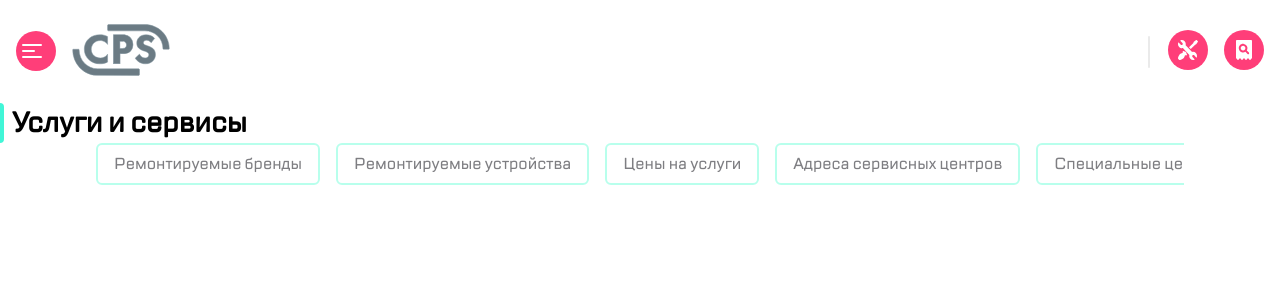
Repository: sem1103/bem
Page: index.html
The author's editor kept a copy of each file at every save. The page is drawn from the files as they stood at one save, then again after the next save.
The browser window is 1280 px wide. The pictures show the whole page.

Above is the page before, as saved 2023-12-27 11:13:50.

### index.html
<!DOCTYPE html>
<html lang="en">
<head>
    <meta charset="UTF-8">
    <meta name="viewport" content="width=device-width, initial-scale=1.0">
    <title>CPS</title>
    <link rel="stylesheet" href="styles/reset.css">
    <link rel="stylesheet" href="styles/main.css">
</head>
<body>
    <div id="page" >
        <header>
            <nav>
                <div class="burger">
                    <button class="burger__btn ">
                        <span></span>
                        <span></span>
                        <span></span>
                    </button>
                </div>

                <div class="burger-menu">

                    <ul class="burger-menu__list">
                        <li><a href="">Главная</a></li>
                        <li><a href="">Услуги и сервисы</a></li>
                        <li><a href="">Контакты</a></li>
                        <li><a href="">
                            <svg xmlns="http://www.w3.org/2000/svg" width="40" height="40" viewBox="0 0 40 40" fill="none">
                                <rect width="40" height="40" rx="20" fill="#FF3E79"/>
                                <path fill-rule="evenodd" clip-rule="evenodd" d="M12.7602 23.25L15.3002 22.96C15.9102 22.89 16.5102 23.1 16.9402 23.53L18.7802 25.37C21.6102 23.93 23.9302 21.62 25.3702 18.78L23.5202 16.93C23.0902 16.5 22.8802 15.9 22.9502 15.29L23.2402 12.77C23.3602 11.76 24.2102 11 25.2302 11H26.9602C28.0902 11 29.0302 11.94 28.9602 13.07C28.4302 21.61 21.6002 28.43 13.0702 28.96C11.9402 29.03 11.0002 28.09 11.0002 26.96V25.23C10.9902 24.22 11.7502 23.37 12.7602 23.25Z" fill="white"/>
                              </svg>
                        </a></li>
                        <li><a href="">
                            <svg xmlns="http://www.w3.org/2000/svg" width="40" height="40" viewBox="0 0 40 40" fill="none">
                                <rect width="40" height="40" rx="20" fill="#FF3E79"/>
                                <path fill-rule="evenodd" clip-rule="evenodd" d="M28 11H12C10.9 11 10.01 11.9 10.01 13L10 31L14 26H28C29.1 26 30 25.1 30 24V13C30 11.9 29.1 11 28 11ZM21 22H15C14.45 22 14 21.55 14 21C14 20.45 14.45 20 15 20H21C21.55 20 22 20.45 22 21C22 21.55 21.55 22 21 22ZM25 17H15C14.45 17 14 16.55 14 16C14 15.45 14.45 15 15 15H25C25.55 15 26 15.45 26 16C26 16.55 25.55 17 25 17Z" fill="white"/>
                                <mask id="mask0_0_1880" style="mask-type:luminance" maskUnits="userSpaceOnUse" x="10" y="11" width="20" height="20">
                                  <path fill-rule="evenodd" clip-rule="evenodd" d="M28 11H12C10.9 11 10.01 11.9 10.01 13L10 31L14 26H28C29.1 26 30 25.1 30 24V13C30 11.9 29.1 11 28 11ZM21 22H15C14.45 22 14 21.55 14 21C14 20.45 14.45 20 15 20H21C21.55 20 22 20.45 22 21C22 21.55 21.55 22 21 22ZM25 17H15C14.45 17 14 16.55 14 16C14 15.45 14.45 15 15 15H25C25.55 15 26 15.45 26 16C26 16.55 25.55 17 25 17Z" fill="white"/>
                                </mask>
                                <g mask="url(#mask0_0_1880)">
                                </g>
                              </svg>
                        </a></li>
                        <li><a href="">
                            <svg xmlns="http://www.w3.org/2000/svg" width="40" height="40" viewBox="0 0 40 40" fill="none">
                                <rect width="40" height="40" rx="20" fill="#FF3E79"/>
                                <path d="M20.5 19C22.9853 19 25 16.9853 25 14.5C25 12.0147 22.9853 10 20.5 10C18.0147 10 16 12.0147 16 14.5C16 16.9853 18.0147 19 20.5 19Z" fill="white"/>
                                <path d="M10.0166 26.6118C9.88693 27.3412 10.5352 28 11.339 28H28.6604C29.4902 28 30.1125 27.3412 29.9829 26.6118C29.2309 22.4 25.0561 20 19.9997 20C14.9433 20 10.7686 22.4 10.0166 26.6118Z" fill="white"/>
                              </svg>
                        </a></li>
                    </ul>
                </div>

                <div class="logo">
                    <svg class="logo__item" xmlns="http://www.w3.org/2000/svg" width="98" height="52" viewBox="0 0 98 52" fill="none">
                        <path fill-rule="evenodd" clip-rule="evenodd" d="M36.5703 0.592529C36.018 0.592529 35.5703 1.04024 35.5703 1.59253V5.86748C35.5703 6.41977 36.018 6.86748 36.5703 6.86748H72.8973C83.0242 6.86748 90.9777 14.6641 90.9777 24.757C90.9777 25.0425 91.2092 25.274 91.4948 25.274H96.757C97.0425 25.274 97.274 25.0425 97.274 24.757C97.274 11.2677 86.432 0.592529 72.8973 0.592529H36.5703Z" fill="#6B7B84" stroke="#80949F" stroke-width="0.5"/>
                        <path fill-rule="evenodd" clip-rule="evenodd" d="M7.10682 25.7122C7.10682 25.4702 6.91059 25.2739 6.66853 25.2739H1.16436C0.922303 25.2739 0.726074 25.4702 0.726074 25.7122C0.726074 39.3616 10.9493 50.6311 24.1687 51.3686L66.5104 51.4064C67.063 51.4069 67.5113 50.959 67.5113 50.4064V45.8267C67.5113 45.2745 67.0635 44.8267 66.5113 44.8267H25.6265C15.3903 44.7984 7.10682 36.283 7.10682 25.7122Z" fill="#6B7B84" stroke="#80949F" stroke-width="0.5"/>
                        <path fill-rule="evenodd" clip-rule="evenodd" d="M28.1415 39.7924C30.8803 39.7924 33.1616 39.2603 35.4149 38.1655L35.5704 38.0199V30.1855L34.7273 31.2649C33.1049 33.0378 30.9259 34.0137 28.4608 34.0137C23.8692 34.0137 19.2575 31.0459 19.2575 25.3738C19.2575 21.0874 22.4381 16.532 28.2993 16.532C29.4688 16.532 32.313 16.8085 34.7232 19.368L35.5704 20.4117V12.6127L35.4218 12.4653C33.1258 11.3147 30.7843 10.7554 28.1137 10.7554C23.5467 10.7554 19.9821 11.9577 17.1438 14.4289C15.3435 15.9777 12.3408 19.4485 12.3408 25.2923C12.3408 29.6131 13.8793 32.9875 17.1669 35.9144C20.2252 38.5962 23.6163 39.7924 28.1415 39.7924Z" fill="#6B7B84"/>
                        <path d="M28.1415 39.7924C30.8803 39.7924 33.1616 39.2603 35.4149 38.1655L35.5704 38.0199V30.1855L34.7273 31.2649C33.1049 33.0378 30.9259 34.0137 28.4608 34.0137C23.8692 34.0137 19.2575 31.0459 19.2575 25.3738C19.2575 21.0874 22.4381 16.532 28.2993 16.532C29.4688 16.532 32.313 16.8085 34.7232 19.368L35.5704 20.4117V12.6127L35.4218 12.4653C33.1258 11.3147 30.7843 10.7554 28.1137 10.7554C23.5467 10.7554 19.9821 11.9577 17.1438 14.4289C15.3435 15.9777 12.3408 19.4485 12.3408 25.2923C12.3408 29.6131 13.8793 32.9875 17.1669 35.9144C20.2252 38.5962 23.6163 39.7924 28.1415 39.7924" stroke="#80949F" stroke-width="0.5"/>
                        <path fill-rule="evenodd" clip-rule="evenodd" d="M47.9111 17.2888H49.2755C50.5269 17.2888 51.9533 17.3571 53.0328 18.093C53.56 18.4695 54.4445 19.3412 54.4445 20.9246C54.4445 22.0946 53.9274 23.1437 53.0734 23.7984C51.9783 24.5932 50.6768 24.5476 49.6309 24.5476H47.9111V17.2888ZM50.977 29.8179C54.2084 29.8179 56.7377 28.8858 58.4943 27.1298C60.655 24.9735 60.9779 22.0073 60.9779 20.4435C60.9779 18.7703 60.5813 15.5066 57.9212 13.1435C55.7407 11.2328 53.4142 10.7554 50.1324 10.7554H41.3779V39.7924H48.0365V29.8179H50.977Z" fill="#6B7B84"/>
                        <path d="M47.9111 17.2888V17.0388H47.6611V17.2888H47.9111ZM53.0328 18.093L53.1782 17.8895L53.1736 17.8864L53.0328 18.093ZM53.0734 23.7984L53.2203 24.0007L53.2254 23.9968L53.0734 23.7984ZM47.9111 24.5476H47.6611V24.7976H47.9111V24.5476ZM58.4943 27.1298L58.3177 26.9529L58.3175 26.953L58.4943 27.1298ZM57.9212 13.1435L58.0872 12.9566L58.086 12.9555L57.9212 13.1435ZM41.3779 10.7554V10.5054H41.1279V10.7554H41.3779ZM41.3779 39.7924H41.1279V40.0424H41.3779V39.7924ZM48.0365 39.7924V40.0424H48.2865V39.7924H48.0365ZM48.0365 29.8179V29.5679H47.7865V29.8179H48.0365ZM47.9111 17.5388H49.2755V17.0388H47.9111V17.5388ZM49.2755 17.5388C50.5326 17.5388 51.8839 17.6123 52.892 18.2995L53.1736 17.8864C52.0227 17.1019 50.5212 17.0388 49.2755 17.0388V17.5388ZM52.8875 18.2964C53.3751 18.6447 54.1945 19.4495 54.1945 20.9246H54.6945C54.6945 19.233 53.7448 18.2943 53.1782 17.8895L52.8875 18.2964ZM54.1945 20.9246C54.1945 22.0205 53.7107 22.9948 52.9213 23.5999L53.2254 23.9968C54.1441 23.2926 54.6945 22.1687 54.6945 20.9246H54.1945ZM52.9265 23.596C51.9091 24.3345 50.6971 24.2976 49.6309 24.2976V24.7976C50.6564 24.7976 52.0475 24.8519 53.2202 24.0007L52.9265 23.596ZM49.6309 24.2976H47.9111V24.7976H49.6309V24.2976ZM48.1611 24.5476V17.2888H47.6611V24.5476H48.1611ZM50.977 30.0679C54.2568 30.0679 56.8563 29.1207 58.671 27.3066L58.3175 26.953C56.6191 28.6509 54.1599 29.5679 50.977 29.5679V30.0679ZM58.6709 27.3068C60.9029 25.0793 61.2279 22.0287 61.2279 20.4435H60.7279C60.7279 21.9859 60.407 24.8678 58.3177 26.9529L58.6709 27.3068ZM61.2279 20.4435C61.2279 18.7422 60.8263 15.3898 58.0872 12.9566L57.7552 13.3304C60.3363 15.6233 60.7279 18.7983 60.7279 20.4435H61.2279ZM58.086 12.9555C55.84 10.9874 53.4417 10.5054 50.1324 10.5054V11.0054C53.3867 11.0054 55.6415 11.4782 57.7564 13.3315L58.086 12.9555ZM50.1324 10.5054H41.3779V11.0054H50.1324V10.5054ZM41.1279 10.7554V39.7924H41.6279V10.7554H41.1279ZM41.3779 40.0424H48.0365V39.5424H41.3779V40.0424ZM48.2865 39.7924V29.8179H47.7865V39.7924H48.2865ZM48.0365 30.0679H50.977V29.5679H48.0365V30.0679Z" fill="#80949F"/>
                        <path fill-rule="evenodd" clip-rule="evenodd" d="M80.953 24.4687C79.5053 23.1861 77.4846 22.4425 75.1911 21.6713C73.5569 21.1027 72.6565 20.7894 72.0562 20.2421C71.5824 19.8399 71.3712 19.4033 71.3712 18.8262C71.3712 17.5622 72.2301 16.2113 74.6414 16.2113C76.2801 16.2113 77.6521 16.912 78.7197 18.293L79.1435 18.8414L82.6597 14.3656L82.3392 14.0445C80.1886 11.8924 77.3548 10.7554 74.1439 10.7554C67.6657 10.7554 64.7658 14.9699 64.7658 19.1468C64.7658 21.3882 65.5651 23.196 67.1367 24.5175C68.5437 25.7234 70.2595 26.3991 71.9054 26.9507L72.0914 27.0123C73.553 27.4954 75.0646 27.9954 75.9674 28.8034C76.5955 29.3805 76.8754 30.0076 76.8754 30.8367C76.8754 32.7368 75.379 34.0137 73.152 34.0137C71.3916 34.0137 69.0735 33.1508 67.8471 30.7296L67.5263 30.0953L63.1558 34.1411L63.4135 34.5056C64.8079 36.4801 67.9545 39.7924 73.3594 39.7924C79.3191 39.7924 83.4817 35.9608 83.4817 30.4751C83.4817 27.3374 82.1051 25.4752 80.953 24.4687Z" fill="#6B7B84"/>
                        <path d="M80.953 24.4687C79.5053 23.1861 77.4846 22.4425 75.1911 21.6713C73.5569 21.1027 72.6565 20.7894 72.0562 20.2421C71.5824 19.8399 71.3712 19.4033 71.3712 18.8262C71.3712 17.5622 72.2301 16.2113 74.6414 16.2113C76.2801 16.2113 77.6521 16.912 78.7197 18.293L79.1435 18.8414L82.6597 14.3656L82.3392 14.0445C80.1886 11.8924 77.3548 10.7554 74.1439 10.7554C67.6657 10.7554 64.7658 14.9699 64.7658 19.1468C64.7658 21.3882 65.5651 23.196 67.1367 24.5175C68.5437 25.7234 70.2595 26.3991 71.9054 26.9507L72.0914 27.0123C73.553 27.4954 75.0646 27.9954 75.9674 28.8034C76.5955 29.3805 76.8754 30.0076 76.8754 30.8367C76.8754 32.7368 75.379 34.0137 73.152 34.0137C71.3916 34.0137 69.0735 33.1508 67.8471 30.7296L67.5263 30.0953L63.1558 34.1411L63.4135 34.5056C64.8079 36.4801 67.9545 39.7924 73.3594 39.7924C79.3191 39.7924 83.4817 35.9608 83.4817 30.4751C83.4817 27.3374 82.1051 25.4752 80.953 24.4687" stroke="#80949F" stroke-width="0.5"/>
                      </svg>
                </div>

                <div class="right-nav">
                    <ul class="right-nav__list">
                        <li><a href="">
                            <svg xmlns="http://www.w3.org/2000/svg" width="40" height="40" viewBox="0 0 40 40" fill="none">
                                <rect width="40" height="40" rx="20" fill="#FF3E79"/>
                                <path d="M18.2581 23.4583L18.6668 23.0494L16.95 21.3322L16.5412 21.7411L16.3368 21.5367C16.0098 21.1687 15.6828 20.9643 15.3558 21.0052C15.1105 21.0052 14.9061 21.1687 14.7426 21.414C14.4973 21.8229 14.62 22.2726 14.6608 22.5588C14.6608 22.6406 14.7017 22.6815 14.7017 22.7632C14.7017 22.8859 14.7017 23.0494 14.4156 23.0903C14.0068 23.213 13.4754 23.3356 12.944 23.6218C12.2082 24.0307 11.7176 24.3987 11.4315 24.7666C9.91902 26.7291 10.0008 28.4055 10.0008 28.4872C10.0008 28.6099 10.0417 28.6917 10.1234 28.7325L11.2271 29.8773C11.3089 29.9591 11.3906 30 11.4724 30C11.4724 30 11.5133 30 11.595 30C12.0038 30 13.4754 29.9182 15.1922 28.569C15.5601 28.2828 15.928 27.7922 16.3368 27.0562C16.623 26.5656 16.7865 26.0341 16.8682 25.5844C16.95 25.2982 17.0726 25.2982 17.1953 25.2982C17.2361 25.2982 17.3179 25.339 17.3996 25.339C17.5631 25.3799 17.7267 25.4208 17.931 25.4208C18.1354 25.4208 18.3398 25.3799 18.5442 25.2573C18.7895 25.0937 18.953 24.8893 18.9939 24.644C19.0347 24.3169 18.8712 23.9898 18.5033 23.7036L18.2581 23.4583Z" fill="white"/>
                                <path d="M26.884 14.8784L28.0188 14.326C28.0609 14.2835 28.1449 14.241 28.1869 14.1986L29.9101 11.8616C30.0362 11.6916 30.0362 11.4367 29.8681 11.3092L28.6913 10.1195C28.5652 9.99199 28.313 9.9495 28.1449 10.077L25.8333 11.8191C25.7913 11.8616 25.7493 11.9041 25.7072 11.989L25.1609 13.1363L21 17.2154L22.7652 19L26.884 14.8784Z" fill="white"/>
                                <path d="M27.8527 23.0448C26.8636 22.0036 25.4393 21.6288 24.0941 22.0036L17.6453 15.1733C17.7244 14.7985 17.764 14.4653 17.764 14.0905C17.764 13.0493 17.3683 12.0081 16.6166 11.2167C15.588 10.0923 14.045 9.71742 12.6207 10.2172C12.5416 10.2588 12.4229 10.3838 12.3833 10.5504C12.3833 10.6753 12.4229 10.8003 12.502 10.9252L14.4406 12.966C14.8758 13.4241 14.8758 14.2154 14.4406 14.6735C14.0054 15.1317 13.2537 15.1317 12.8185 14.6735L10.8799 12.6328C10.7612 12.5495 10.6425 12.5078 10.4843 12.5495C10.3656 12.5495 10.2469 12.6744 10.2073 12.7994C9.73256 14.2571 10.0886 15.8813 11.1173 16.9642C11.8294 17.7555 12.8581 18.172 13.8867 18.172C14.2032 18.172 14.5593 18.1303 14.8758 18.047L21.3642 24.8773C21.0082 26.2933 21.4038 27.7927 22.3533 28.8339C23.105 29.6252 24.0546 30 25.0832 30C25.5184 30 25.914 29.9167 26.3492 29.7918C26.4679 29.7501 26.5866 29.6252 26.6262 29.5002C26.6658 29.3753 26.6262 29.2087 26.5075 29.1254L24.5689 27.0846C24.3711 26.8764 24.2128 26.5432 24.2128 26.21C24.2128 25.8768 24.3315 25.5853 24.5689 25.3354C24.8063 25.0855 25.0832 24.9606 25.3997 24.9606C25.7162 24.9606 25.9932 25.0855 26.2306 25.3354L28.1692 27.3762C28.2879 27.4595 28.4065 27.5011 28.5252 27.5011C28.6439 27.4595 28.7626 27.3762 28.8022 27.2512C28.9209 26.8348 29 26.3766 29 25.9185C29 24.8356 28.6044 23.7944 27.8527 23.0448Z" fill="white"/>
                              </svg>
                        </a></li>

                        <li><a href="">
                            <svg xmlns="http://www.w3.org/2000/svg" width="40" height="40" viewBox="0 0 40 40" fill="none">
                                <rect width="40" height="40" rx="20" fill="#FF3E79"/>
                                <path fill-rule="evenodd" clip-rule="evenodd" d="M12 11C12 10.4477 12.4477 10 13 10H27C27.5523 10 28 10.4477 28 11V28.5C27.1716 28.5 26.5 29.1715 26.5 29.9999H25.5C25.5 29.1715 24.8284 28.5 24 28.5C23.1716 28.5 22.5 29.1715 22.5 29.9999H21.5C21.5 29.1715 20.8284 28.5 20 28.5C19.1716 28.5 18.5 29.1715 18.5 29.9999H17.5C17.5 29.1715 16.8284 28.5 16 28.5C15.1716 28.5 14.5 29.1715 14.5 29.9999H13.5C13.5 29.1715 12.8284 28.5 12 28.5V11ZM21.4163 21.7884C20.5536 22.3443 19.4703 22.5936 18.3296 22.3827C16.5274 22.0472 15.0895 20.5326 14.8595 18.7114C14.4952 15.8261 16.9492 13.4201 19.8538 13.8802C21.656 14.1677 23.1034 15.6439 23.4006 17.4365C23.5828 18.5484 23.3239 19.5741 22.7871 20.4272L24.896 22.5265C25.2699 22.9003 25.2699 23.5138 24.896 23.8876C24.5126 24.2711 23.8991 24.2711 23.5252 23.8972L21.4163 21.7884ZM16.7058 18.0588C16.7058 16.7599 17.7599 15.7058 19.0588 15.7058C20.3576 15.7058 21.4117 16.7599 21.4117 18.0588C21.4117 19.3576 20.3576 20.4117 19.0588 20.4117C17.7599 20.4117 16.7058 19.3576 16.7058 18.0588Z" fill="white"/>
                              </svg>
                        </a></li>
                    </ul>
                </div>
            </nav>
        </header>

        <main >
            <div class="title">
                <h1>
                    Услуги и сервисы
                </h1>
                <ul class="title__nav">
                    <li><a href=""></a></li>
                    <li><a href=""></a></li>
                </ul>
            </div>

            <div class="navigation container">
                <ul class="navigation__list">
                    <li><button class="navigation__item">Ремонтируемые бренды</button></li>
                    <li><button class="navigation__item">Ремонтируемые устройства</button></li>
                    <li><button class="navigation__item">Цены на услуги</button></li>
                    <li><button class="navigation__item">Адреса сервисных центров</button></li>
                    <li><button class="navigation__item">Специальные цены</button></li>
                </ul>
            </div>
        </main>

        <footer></footer>
    </div>
</body>
</html>

### styles/reset.css
:root{
    --green: #57aa32;
    --gray: #2e2d2c;
}
html{
    scroll-behavior: smooth;
}
html,
body,
div,
span,
applet,
object,
iframe,
h1,
h2,
h3,
h4,
h5,
h6,
p,
blockquote,
pre,
a,
abbr,
acronym,
address,
big,
cite,
code,
del,
dfn,
em,
img,
ins,
kbd,
q,
s,
samp,
small,
strike,
strong,
sub,
sup,
tt,
var,
b,
u,
i,
center,
dl,
dt,
dd,
ol,
ul,
li,
fieldset,
form,
label,
legend,
table,
caption,
tbody,
tfoot,
thead,
tr,
th,
td,
article,
aside,
canvas,
details,
embed,
figure,
figcaption,
footer,
header,
hgroup,
menu,
nav,
output,
ruby,
section,
summary,
time,
mark,
audio,
video {
    margin: 0;
    padding: 0;
    border: 0;
    font-size: 100%;
    font: inherit;
    vertical-align: baseline
}

article,
aside,
details,
figcaption,
figure,
footer,
header,
hgroup,
menu,
nav,
section {
    display: block
}

body {
    line-height: 1;
}

ol,
ul {
    list-style: none
}

blockquote,
q {
    quotes: none
}

blockquote:before,
blockquote:after,
q:before,
q:after {
    content: '';
    content: none
}

table {
    border-collapse: collapse;
    border-spacing: 0
}

a {
    text-decoration: none;
    color: #365edc;
    transition: all .3s ease-in-out
}

a:hover {
    color: #365edc;
}

* {
    box-sizing: border-box
}

main img{
    width: 100%;
    height: auto;
}

### styles/main.css
:root{
    --pink: #FF3E79;
}
@font-face {
    font-family: 'TT Lakes Medium';
    src: url('../fonts/TTLakes-Medium.eot');
    src: url('../fonts/TTLakes-Medium.eot?#iefix') format('embedded-opentype'),
    url('../fonts/TTLakes-Medium.woff') format('woff'),
    url('../fonts/TTLakes-Medium.ttf') format('truetype');
    font-weight: normal;
    font-style: normal;
    }
h1{
    font:700 28px/40px 'TT Lakes Medium';
    position: relative;
    padding: 0 0 0 12px;
}
h1::before{
    content: '';
    position: absolute;
    width: 4px;
    height: 100%;
    left: 0;
    background: #41F6D7;
    border-radius: 0 5px 5px 0;
}
.container{
    max-width: 1120px;
    margin: 0 auto;
    padding: 0 16px;
}
header{
    position: relative;
    padding: 24px 16px;
}
nav{
    display: flex;
    align-items: center;
}
nav > div:last-child{
    margin: 0 0 0 auto;
}
.burger-menu{
    position: absolute;
    left: -300%;
}
.burger__btn{
    width: 40px;
    height: 40px;
    background: var(--pink);
    border: 0;
    border-radius: 50%;
    position: relative;
    cursor: pointer;
    margin: 0 16px 0 0;
}
.burger__btn span{
    display: block;
    width: 20px;
    height: 2px;
    background: #fff;
    border-radius: 5px;
    position: absolute;
    top: 50%;
    transform: translate(0, -50%);
}
.burger__btn span:first-child{
    top: 35%;
}
.burger__btn span:nth-child(2){
    width: 13px;
}
.burger__btn span:last-child{
    top: 65%;
}

.right-nav__list{
    display: flex;
    gap: 16px;
    position: relative;
}
.logo__item{
    position: relative;
}
.right-nav__list::before{
    content: "";
    position: absolute;
    left: -20px;
    height: 32px;
    top: 50%;
    transform: translateY(-50%);
    width: 2px;
    border-radius: 1px;
    background-color: #EAEAEA;
}

.navigation__list{
    display: flex;
    overflow: auto;
    gap: 16px;
}
.navigation__item{
    color: #7E7E82;
    font: 500 16px 'TT Lakes Medium';
    background-color: #fff;
    padding: 8px 16px;
    white-space: nowrap;
    border: 2px solid #B8FFEC;
    border-radius: 6px;
}

After the next save:
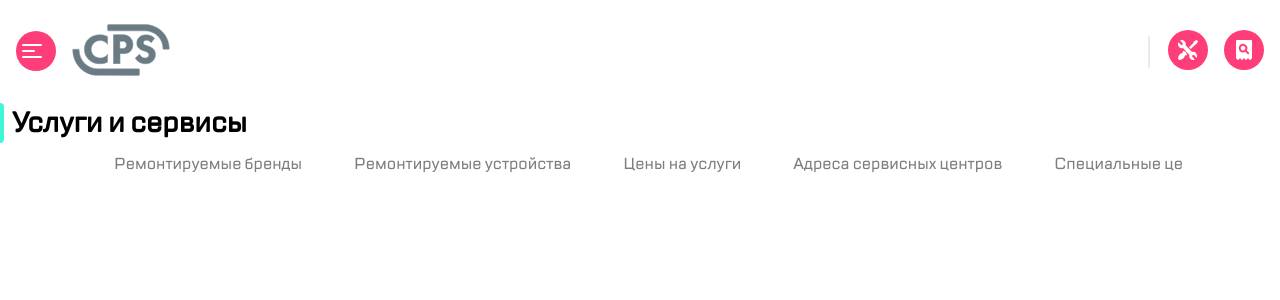
Saved 47 s later.
--- a/styles/main.css
+++ b/styles/main.css
@@ -105,6 +105,9 @@
     background-color: #fff;
     padding: 8px 16px;
     white-space: nowrap;
-    border: 2px solid #B8FFEC;
+    border: 2px solid transparent;
     border-radius: 6px;
 }
+.navigation__item_active{
+    border-color: #B8FFEC;
+}
